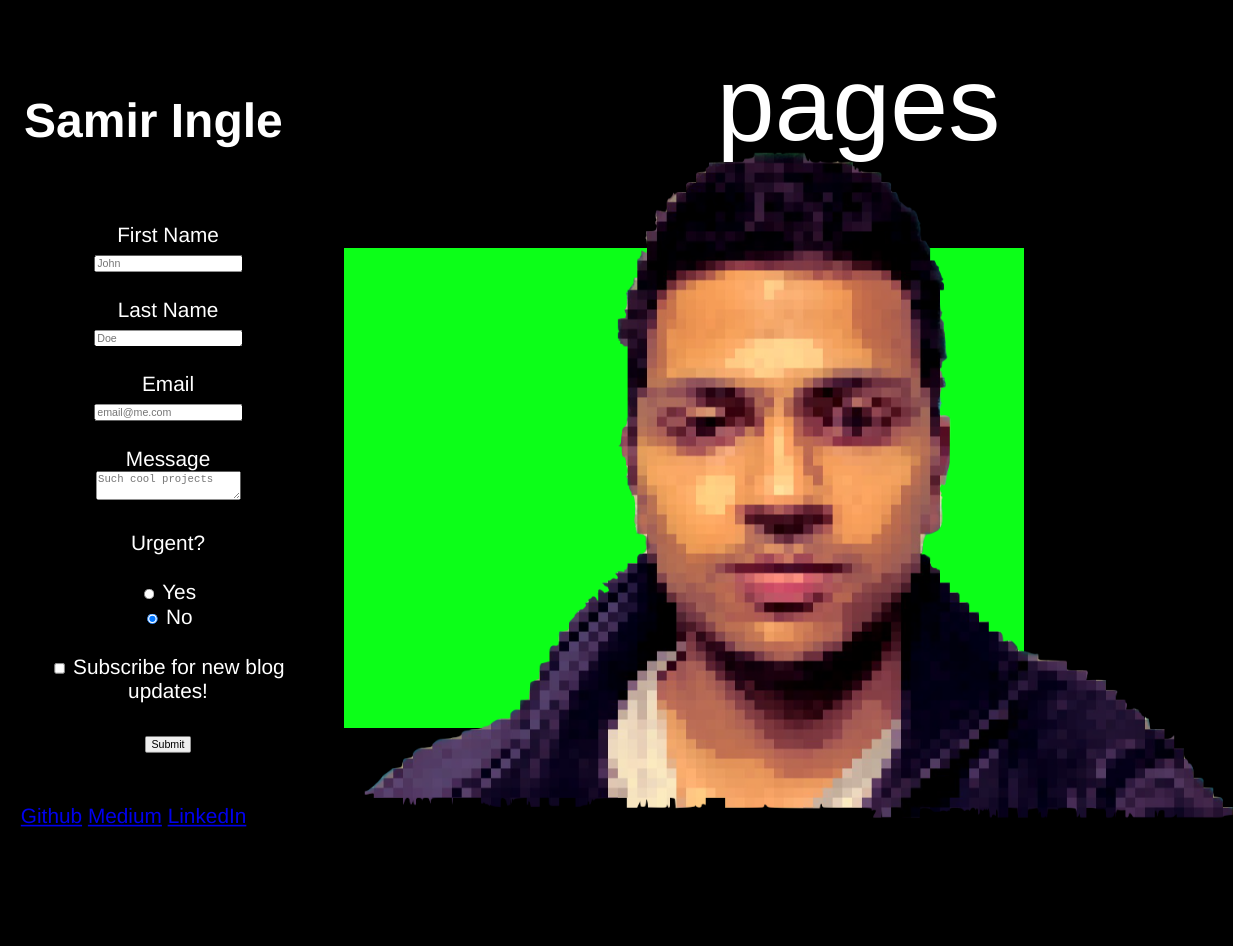
Repository: SamirIngley/html-semantic
Page: templates/contact.html
These files come from the project's save history. The page is drawn as it stood at one moment and after the next save; the edit follows.
The browser window is 1280 px wide. The page is 1541 px wide, so the pictures cover 1541 px, including what lies to the right of the window. The pictures show the whole page, at 80% of full size.

Above is the page before, as saved 2020-02-06 11:03:48.

After the next save:
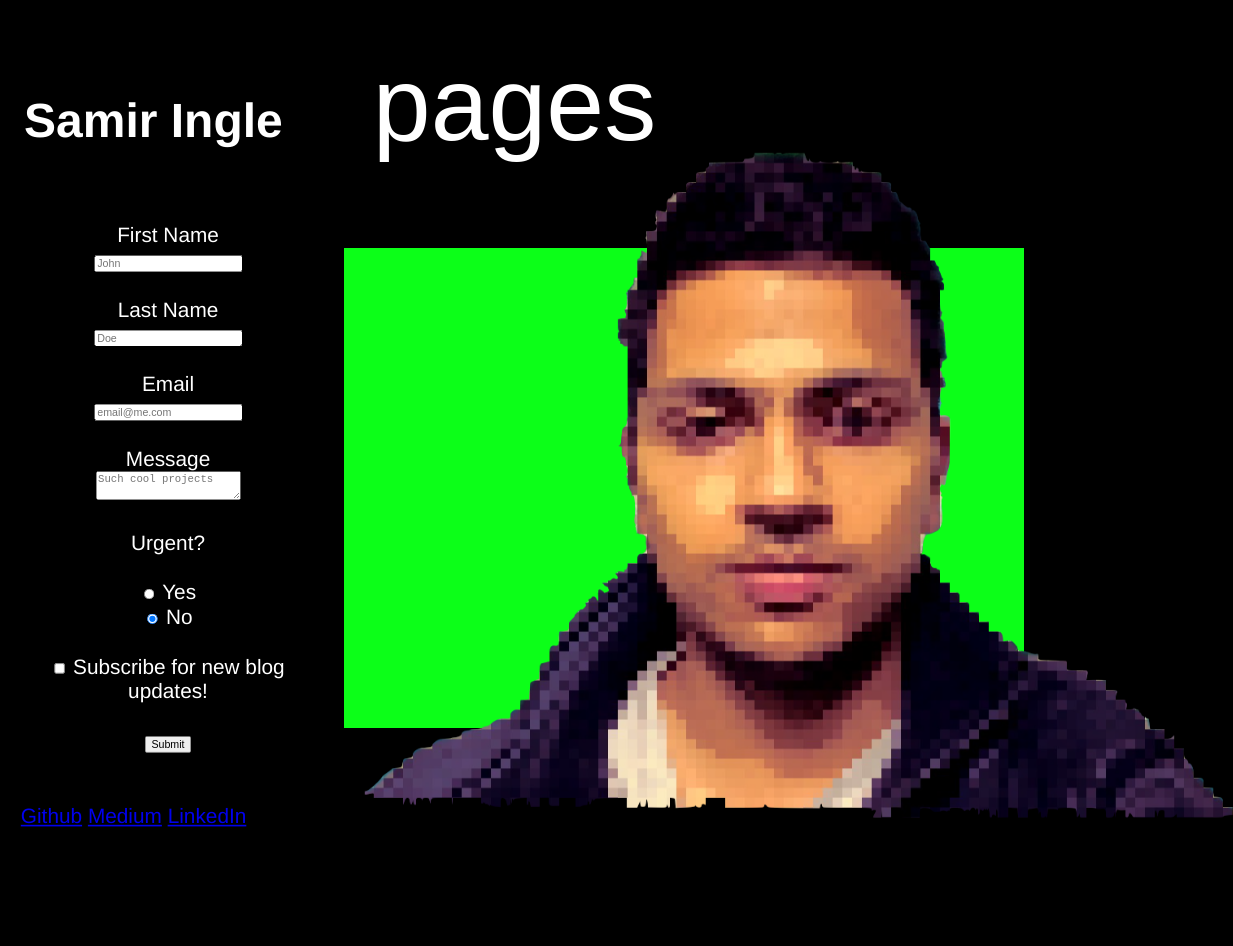
Saved 4 min 30 s later.
--- a/templates/style.css
+++ b/templates/style.css
@@ -34,7 +34,7 @@ body {
   The named areas below define where elements with
   those names are placed on the grid.
   */
-  grid-template-areas:  "h h r"
+  grid-template-areas:  "h r ."
                         "m s s"
                         "f g .";
 }
